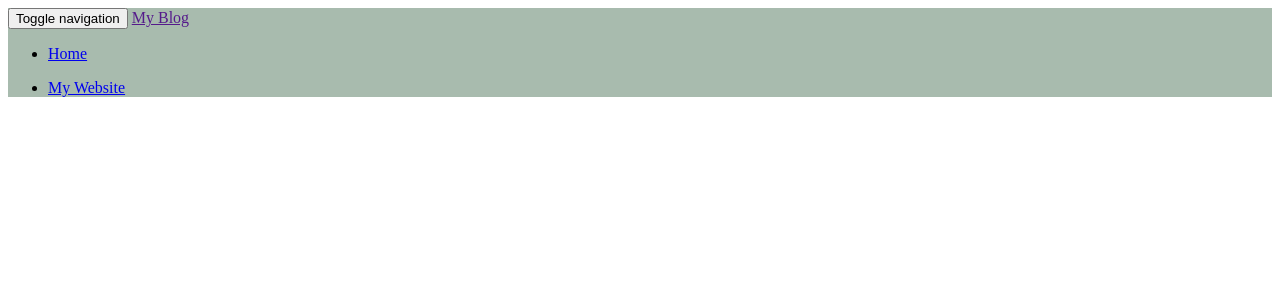
Repository: AnnieFisher/blog
Page: BlogMVC/WebContent/nav.html
These files come from the project's save history. The page is drawn as it stood at one moment and after the next save; the edit follows.
The browser window is 1280 px wide. The pictures show the whole page.

Above is the page before, as saved 2016-12-19 07:24:57.

### BlogMVC/WebContent/nav.html
<div ng-controller="postsController">
	<div class="container">
      <!-- Static navbar -->
      <nav class="navbar navbar-fixed-top" style="background-color: #a8bbae;">
        <div class="container-fluid">
          <div class="navbar-header">
            <button type="button" class="navbar-toggle collapsed" data-toggle="collapse" data-target="#navbar" aria-expanded="false" aria-controls="navbar">
              <span class="sr-only">Toggle navigation</span>
              <span class="icon-bar"></span>
              <span class="icon-bar"></span>
              <span class="icon-bar"></span>
            </button>
            <a class="navbar-brand" href="">My Blog</a>
          </div>
          <div id="navbar" class="navbar-collapse collapse">
            <ul class="nav navbar-nav">
              <li class="active"><a href="#/posts">Home</a></li>
            </ul>
            <ul class="nav navbar-nav navbar-right">
            <li><a href="http://annielynnfisher.com">My Website</a></li>
            </ul>
          </div><!--/.nav-collapse -->
        </div><!--/.container-fluid -->
      </nav>
      </div>
 </div>

After the next save:
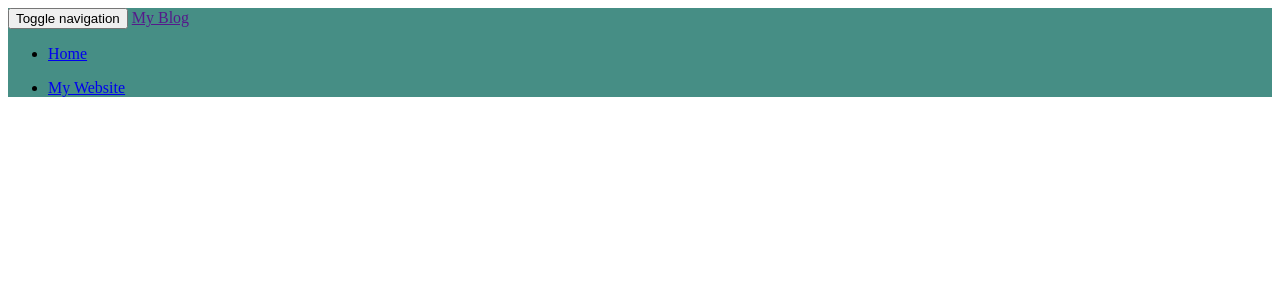
Saved 62 s later.
--- a/BlogMVC/WebContent/nav.html
+++ b/BlogMVC/WebContent/nav.html
@@ -1,7 +1,7 @@
 <div ng-controller="postsController">
 	<div class="container">
       <!-- Static navbar -->
-      <nav class="navbar navbar-fixed-top" style="background-color: #a8bbae;">
+      <nav class="navbar navbar-fixed-top" style="background-color: #468e85;">
         <div class="container-fluid">
           <div class="navbar-header">
             <button type="button" class="navbar-toggle collapsed" data-toggle="collapse" data-target="#navbar" aria-expanded="false" aria-controls="navbar">
